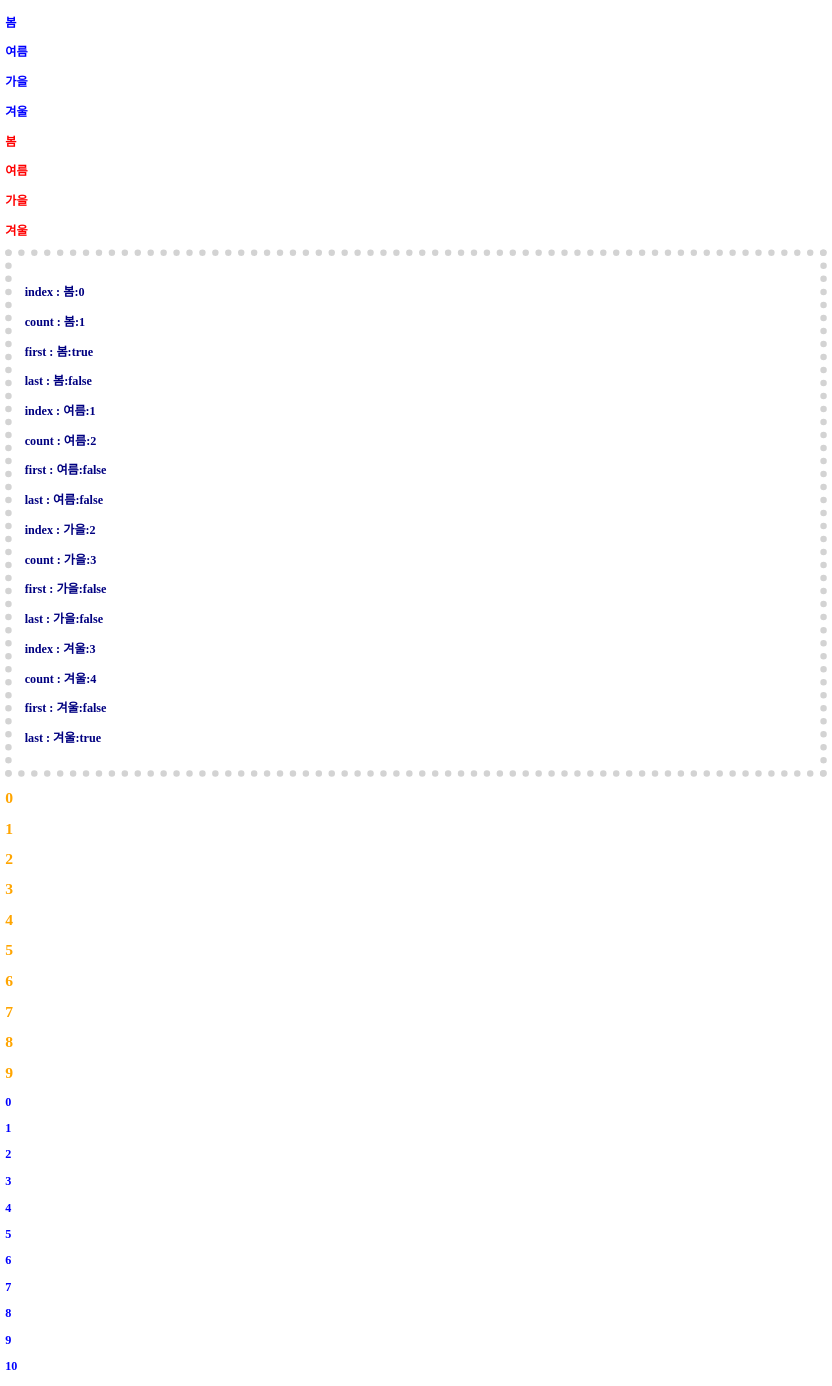
Repository: UnibusK/Java-Study
Page: http://localhost/JSP31/
These files come from the project's save history. The page is drawn as it stood at one moment and after the next save; the edit follows.
The browser window is 1280 px wide. The pictures show the whole page, at 65% of full size.
The page is served by Tomcat 9.

Above is the page before, as saved 2023-12-07 06:22:15.

### JSP/JSP31/src/main/webapp/index.jsp
<%@ page language="java" contentType="text/html; charset=UTF-8"
    pageEncoding="UTF-8"%>
<%@ taglib uri="http://java.sun.com/jsp/jstl/core" prefix="c" %>
<!DOCTYPE html>
<html>
	<head>
		<meta charset="UTF-8">
		<title>JSTL 반복문(for문)</title>
	</head>
	<body>
		<%
			String[] season={"봄", "여름", "가을", "겨울"};
			//일반 for문 방식
			for(int i=0; i<season.length; i++){
				out.print("<h3 style='color:blue';>"+season[i]+"</h3>");
			}

			//향상된 for문(improved for)
			for(String str:season){
				%><h3 style='color:red;'><%=str %></h3><%
			}
			pageContext.setAttribute("arr",season);
		%>
		<!-- varStatus : JSTL forEach가 가동되는 동안 var 변수의 상태를 저장해둔 객체 -->
		<!-- varStatue.index : 0번부터 length-1까지 존재하는 고유 번호 배열번호-->
		<!-- varStatue.count : 반복 횟수를 알려주는 필드, 1부터 시작 -->
		<!-- varStatue.first : 최초의 데이터 인지를 판별, 값은 boolean을 가지고 있음 -->
		<!-- varStatue.last : 최후의 데이터 인지를 판별, 값은 boolean을 갖고 있음 -->
		<c:forEach var="str" items="${arr }" varStatus="iter">
			<c:if test="${iter.first }">
				<div style="border:10px dotted lightgray; padding:20px;">
			</c:if>
			<!-- index -->
			<h3 style='color:navy;'>index : ${str }:${iter.index }</h3>
			<!-- count -->
			<h3 style='color:navy;'>count : ${str }:${iter.count }</h3>
			<!-- first -->
			<h3 style='color:navy;'>first : ${str }:${iter.first }</h3>
			<!-- last -->
			<h3 style='color:navy;'>last : ${str }:${iter.last }</h3>
			<c:if test="${iter.last }">
				</div>
			</c:if>
		</c:forEach>

		<%
			for(int i=0; i<10; i++){
				out.print("<H2 style='color:orange'>"+i+"</h2>");
			}
		%>
		<c:forEach var="i" begin="0" end="10">
			<h3 style='color:blue;'>${i }</h3>
		</c:forEach>
	</body>
</html>

After the next save:
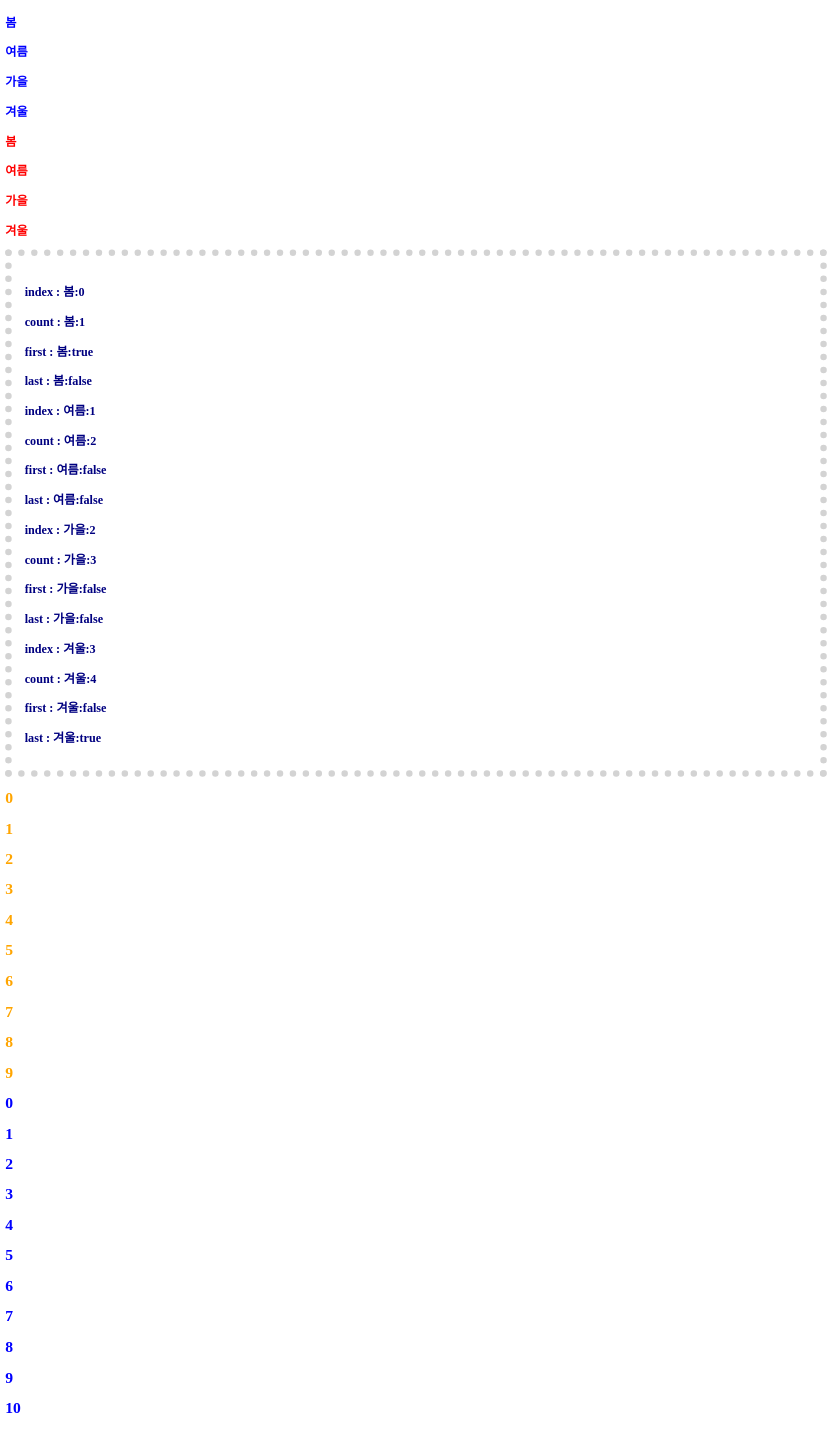
Saved 16 s later.
--- a/JSP/JSP31/src/main/webapp/index.jsp
+++ b/JSP/JSP31/src/main/webapp/index.jsp
@@ -49,7 +49,7 @@
 			}
 		%>
 		<c:forEach var="i" begin="0" end="10">
-			<h3 style='color:blue;'>${i }</h3>
+			<h2 style='color:blue;'>${i }</h2>
 		</c:forEach>
 	</body>
 </html>
